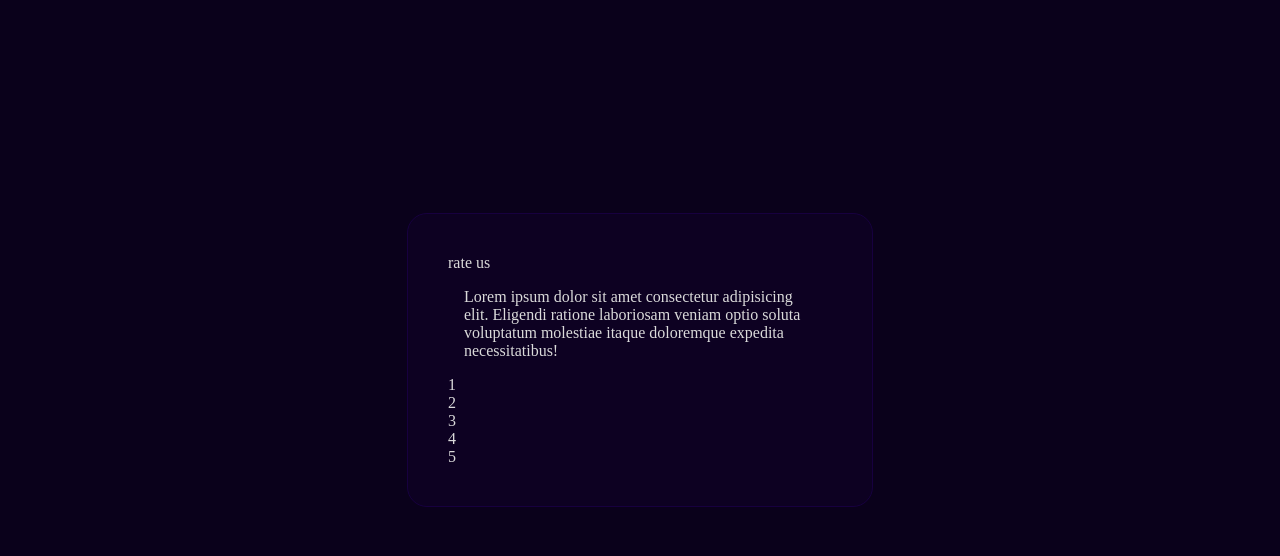
Repository: russel-success/xcodepp-TASK-2
Page: index.html
An editor plug-in stored every save of this project. The page is shown before and after a run of saves, followed by the edit.
The browser window is 1280 px wide. The pictures show the whole page.

Above is the page before, as saved 2024-05-24 22:49:22.

After the next 2 saves:
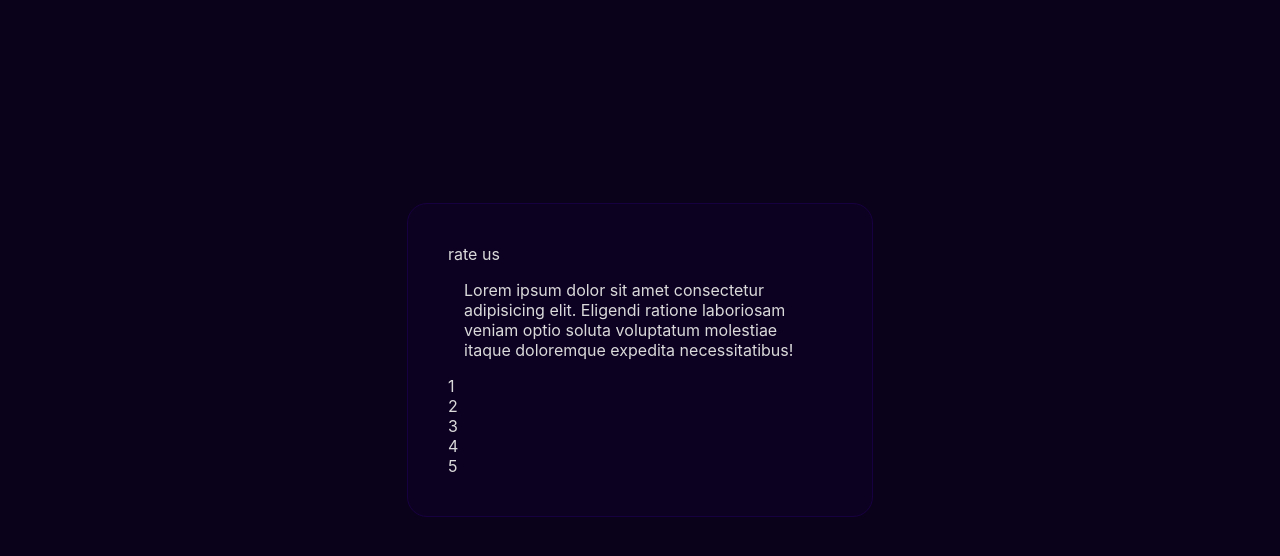
The 2 saves are shown as one change because they came seconds apart.
The last was saved 15 s later.
--- a/styles/styles.css
+++ b/styles/styles.css
@@ -21,6 +21,7 @@
     border:1px solid rgb(23, 0, 63);
     background:rgb(13, 1, 34);
     color:rgb(218, 218, 218);
+    font-family:inter;
 }
 .body-text-container{
     width:fit-content;

After the 2 saves that followed:
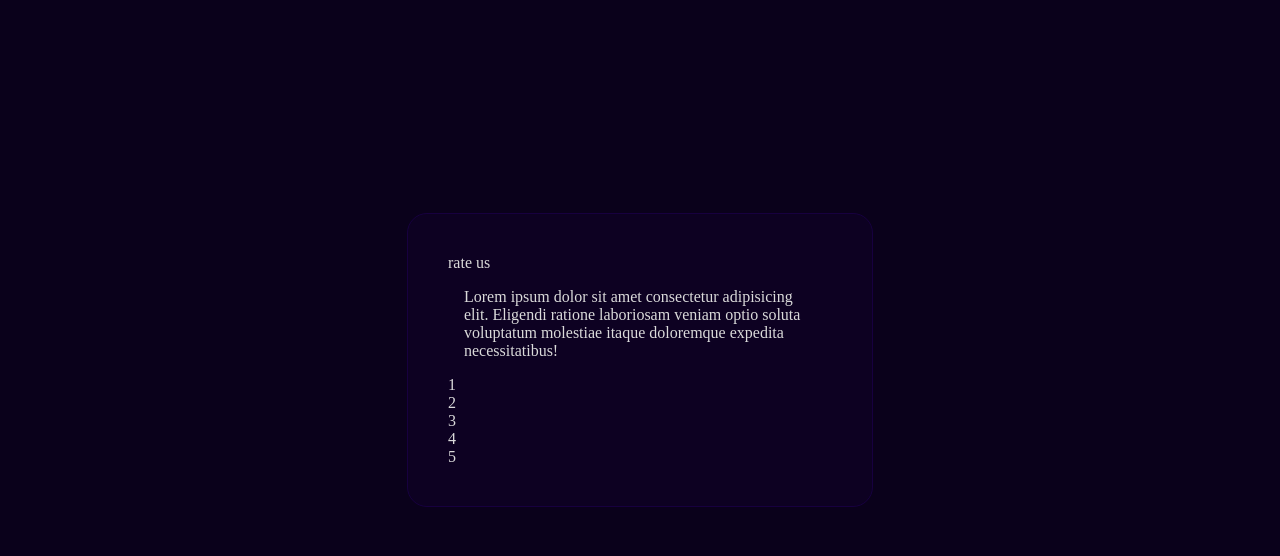
The 2 saves are shown as one change because they came seconds apart.
The last was saved 7 s later.
--- a/styles/styles.css
+++ b/styles/styles.css
@@ -21,7 +21,7 @@
     border:1px solid rgb(23, 0, 63);
     background:rgb(13, 1, 34);
     color:rgb(218, 218, 218);
-    font-family:inter;
+    font-family:aileron;
 }
 .body-text-container{
     width:fit-content;
